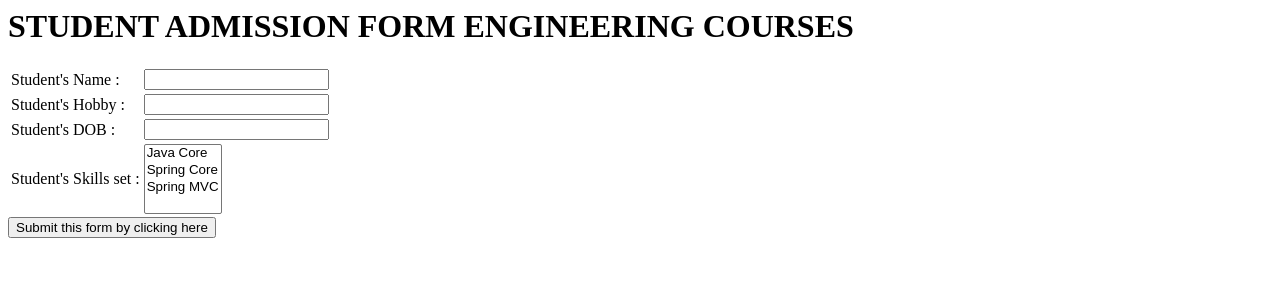
Repository: ahmedLajmi/TestApp
Page: http://localhost/FirstApp/admissionForm
An editor plug-in stored every save of this project. The page is shown before and after the next save, followed by the edit.
The browser window is 1280 px wide. The pictures show the whole page.
The page is served by Tomcat 9.

Above is the page before, as saved 2019-02-06 15:06:20.

### FirstApp/WebContent/WEB-INF/spring-dispatcher-servlet.xml
<beans xmlns="http://www.springframework.org/schema/beans"
	xmlns:context="http://www.springframework.org/schema/context"
    xmlns:xsi="http://www.w3.org/2001/XMLSchema-instance"
    xsi:schemaLocation="
    http://www.springframework.org/schema/beans
    http://www.springframework.org/schema/beans/spring-beans.xsd
    http://www.springframework.org/schema/context
    http://www.springframework.org/schema/context/spring-context.xsd">


<context:component-scan base-package="home" />


 <bean id="viewResolver"
    	class="org.springframework.web.servlet.view.InternalResourceViewResolver" >
        <property name="prefix">
            <value>/WEB-INF/</value>
        </property>
        <property name="suffix">
            <value>.jsp</value>
        </property>
 </bean>


</beans>

### FirstApp/WebContent/WEB-INF/AdmissionForm.jsp

<html>
	<body>
		<h1> STUDENT ADMISSION FORM ENGINEERING COURSES</h1>
		<form action="/FirstApp/SubmitAdmissionForm" method="post">
			<table>
				<tr>
					<td>Student's Name :</td>
					<td><input type="text" name="studentName" ></td>
				</tr>
				<tr>
					<td>Student's Hobby :</td>
					<td><input type="text" name="studentHobby" ></td>
				</tr>
				<tr>
					<td>Student's DOB :</td>
					<td><input type="text" name="studentDOB" ></td>
				</tr>
				<tr>
					<td>Student's Skills set :</td>
					<td>
						<select name="studentSkills" multiple>
							<option value="Java Core">Java Core</option>
							<option value="Spring Core">Spring Core</option>
							<option value="Spring MVC">Spring MVC</option>
						</select>
					</td>
				</tr>
			</table>
							<input type="submit" value="Submit this form by clicking here"  />

		</form>
	</body>
</html>

### FirstApp/src/home/HomeController.java
package home;


import javax.servlet.http.HttpServletRequest;
import javax.servlet.http.HttpServletResponse;

import org.springframework.stereotype.Controller;
import org.springframework.web.bind.annotation.PathVariable;
import org.springframework.web.bind.annotation.RequestMapping;
import org.springframework.web.servlet.ModelAndView;
import org.springframework.web.servlet.mvc.AbstractController;


@Controller
public class HomeController{


	@RequestMapping("/welcome/{name}")
	public ModelAndView handleRequestInternal ( @PathVariable("name") String name ) throws Exception {

		ModelAndView modelandview = new ModelAndView("home");
		modelandview.addObject("welcomeMessage", "Hello "+name);
		return modelandview;

	}
}

### FirstApp/src/home/StudentAdmissionController.java
package home;

import org.springframework.stereotype.Controller;
import org.springframework.web.bind.annotation.ModelAttribute;
import org.springframework.web.bind.annotation.RequestMapping;
import org.springframework.web.bind.annotation.RequestMethod;
import org.springframework.web.bind.annotation.RequestParam;
import org.springframework.web.servlet.ModelAndView;

@Controller
public class StudentAdmissionController {

	@RequestMapping(value= "/admissionForm", method= RequestMethod.GET)
	public ModelAndView getAdmissionForm() {

		ModelAndView model= new ModelAndView("AdmissionForm");
		return model;
	}

	@RequestMapping(value= "/SubmitAdmissionForm", method= RequestMethod.POST)
	public ModelAndView SubmitAdmissionForm(@ModelAttribute("student") Student student) {

		ModelAndView model= new ModelAndView("AdmissionSuccess");
		return model;
	}


}

### FirstApp/src/home/Student.java
package home;

import java.sql.Date;
import java.util.ArrayList;

public class Student {

	private String studentName;
	private String studentHobby;
	private Long studentMobile;
	private Date studentDOB;

	public Long getStudentMobile() {
		return studentMobile;
	}
	public void setStudentMobile(Long studentMobile) {
		this.studentMobile = studentMobile;
	}
	public Date getStudentDOB() {
		return studentDOB;
	}
	public void setStudentDOB(Date studentDOB) {
		this.studentDOB = studentDOB;
	}
	public ArrayList<String> getStudentSkills() {
		return studentSkills;
	}
	public void setStudentSkills(ArrayList<String> studentSkills) {
		this.studentSkills = studentSkills;
	}
	private ArrayList<String> studentSkills;


	public String getStudentName() {
		return studentName;
	}
	public void setStudentName(String studentName) {
		this.studentName = studentName;
	}
	public String getStudentHobby() {
		return studentHobby;
	}
	public void setStudentHobby(String studentHobby) {
		this.studentHobby = studentHobby;
	}

}

After the next save:
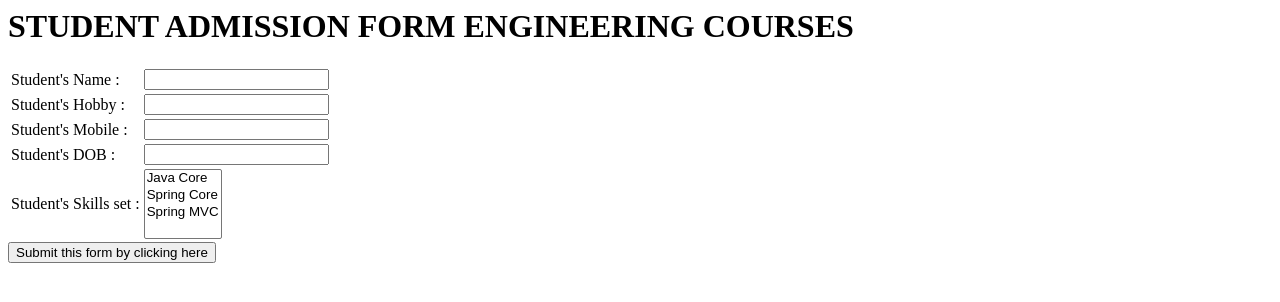
Saved 3 min 39 s later.
--- a/FirstApp/WebContent/WEB-INF/AdmissionForm.jsp
+++ b/FirstApp/WebContent/WEB-INF/AdmissionForm.jsp
@@ -11,6 +11,10 @@
 				<tr>
 					<td>Student's Hobby :</td>
 					<td><input type="text" name="studentHobby" ></td>
+				</tr>
+				<tr>
+					<td>Student's Mobile :</td>
+					<td><input type="text" name="studentMobile" ></td>
 				</tr>
 				<tr>
 					<td>Student's DOB :</td>

After the 3 saves that followed:
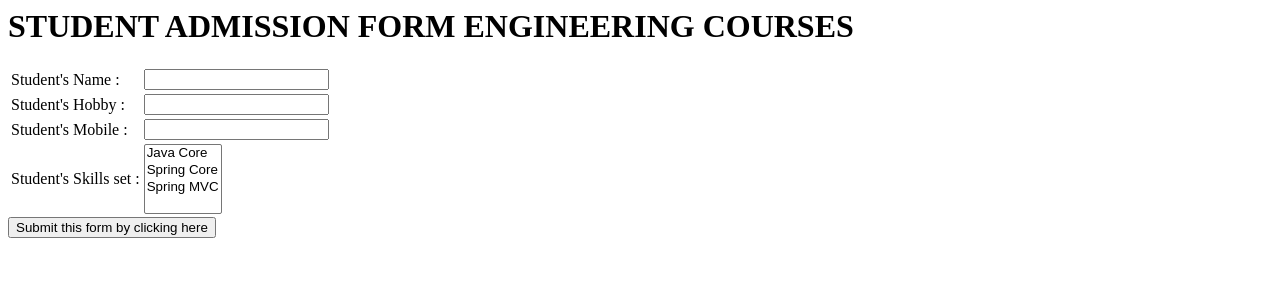
The 3 saves are shown as one change because 2 left the picture as it was.
The last was saved 9 min 31 s later.
--- a/FirstApp/WebContent/WEB-INF/AdmissionForm.jsp
+++ b/FirstApp/WebContent/WEB-INF/AdmissionForm.jsp
@@ -16,10 +16,7 @@
 					<td>Student's Mobile :</td>
 					<td><input type="text" name="studentMobile" ></td>
 				</tr>
-				<tr>
-					<td>Student's DOB :</td>
-					<td><input type="text" name="studentDOB" ></td>
-				</tr>
+
 				<tr>
 					<td>Student's Skills set :</td>
 					<td>
@@ -31,7 +28,7 @@
 					</td>
 				</tr>
 			</table>
-							<input type="submit" value="Submit this form by clicking here"  />
+			<input type="submit" value="Submit this form by clicking here"  />
 
 		</form>
 	</body>
--- a/FirstApp/src/home/Student.java
+++ b/FirstApp/src/home/Student.java
@@ -9,6 +9,7 @@ public class Student {
 	private String studentHobby;
 	private Long studentMobile;
 	private Date studentDOB;
+	private ArrayList<String> studentSkills;
 
 	public Long getStudentMobile() {
 		return studentMobile;
@@ -28,7 +29,7 @@ public class Student {
 	public void setStudentSkills(ArrayList<String> studentSkills) {
 		this.studentSkills = studentSkills;
 	}
-	private ArrayList<String> studentSkills;
+
 
 
 	public String getStudentName() {
